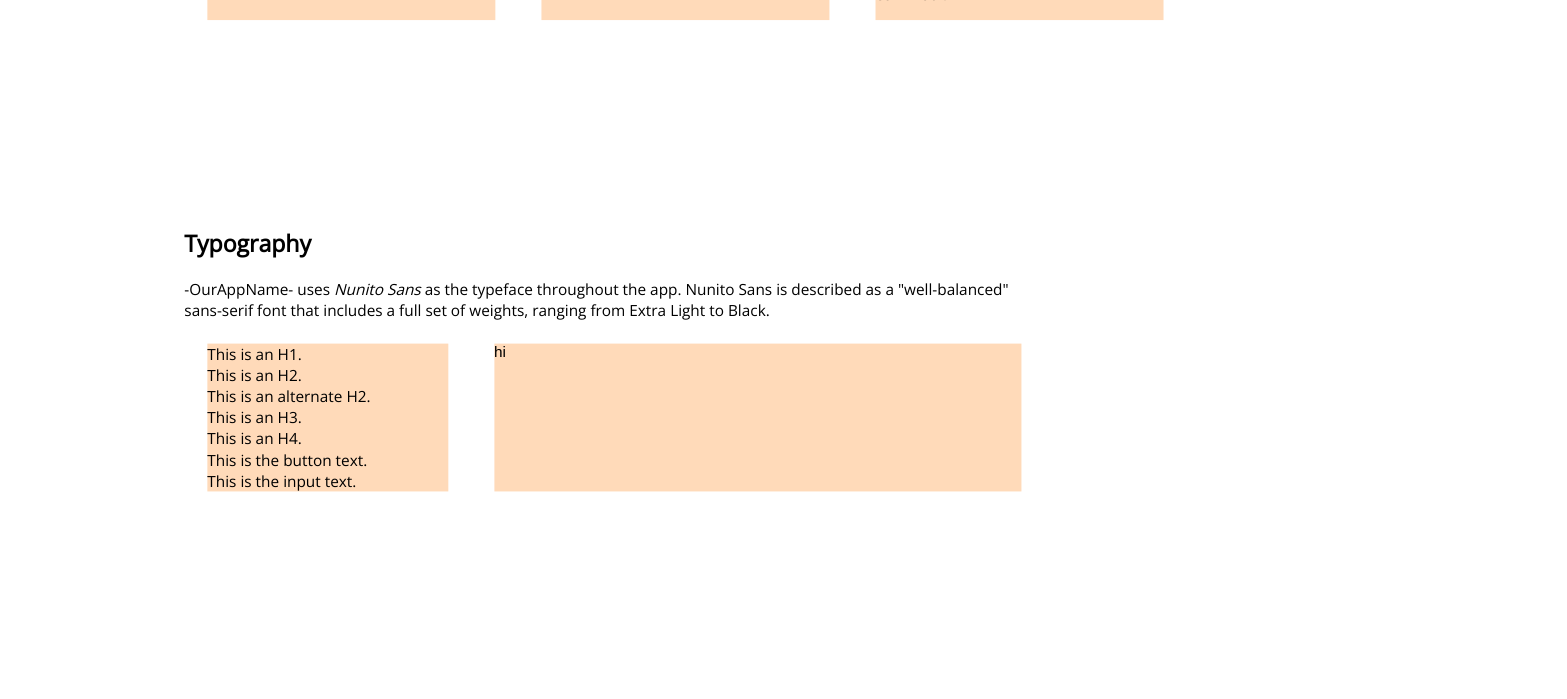
Repository: seohyun9672/Timearth-A6Styleguide
Page: page2.html
An editor plug-in stored every save of this project. The page is shown before and after the next save, followed by the edit.
The browser window is 1280 px wide. The page is 1632 px wide, so the pictures cover 1632 px, including what lies to the right of the window. The pictures show the part of the page from y = 1602 to 2330 px (the page is 2330 px tall before and 2302 px after), at 96% of full size.

Above is the page before, as saved 2022-03-19 17:18:44.

After the next save:
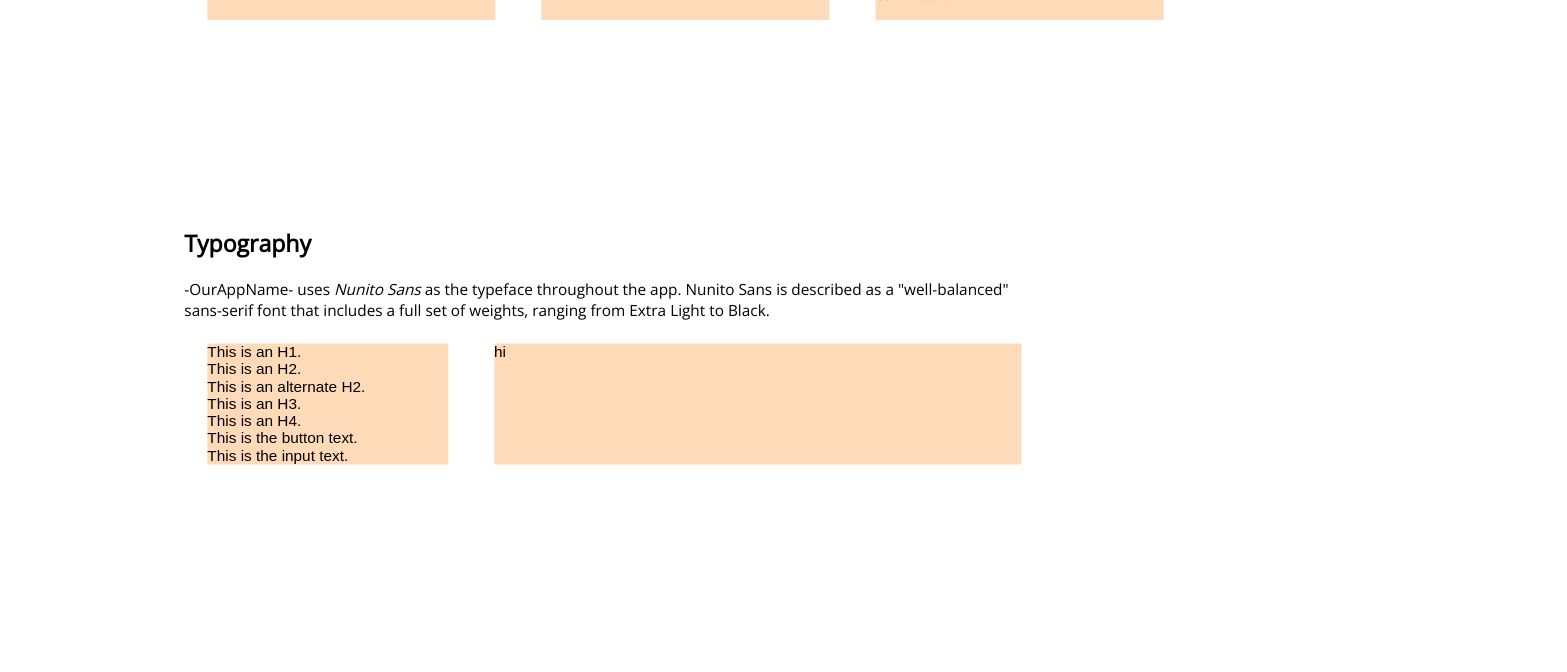
Saved 37 s later.
--- a/page2.html
+++ b/page2.html
@@ -74,10 +74,10 @@
         app. Nunito Sans is described as a "well-balanced" sans-serif font that includes a full set of weights, ranging from Extra Light to Black.
       </div>
       <div class="col-2">
-        <div class="col">
-            <div>This is an H1.</div>
+        <div class="col nunito">
+            <div class="nunito-h1">This is an H1.</div>
 
-            <div>This is an H2.</div>
+            <div class="nunito-h2">This is an H2.</div>
 
             <div>This is an alternate H2.</div>
 
